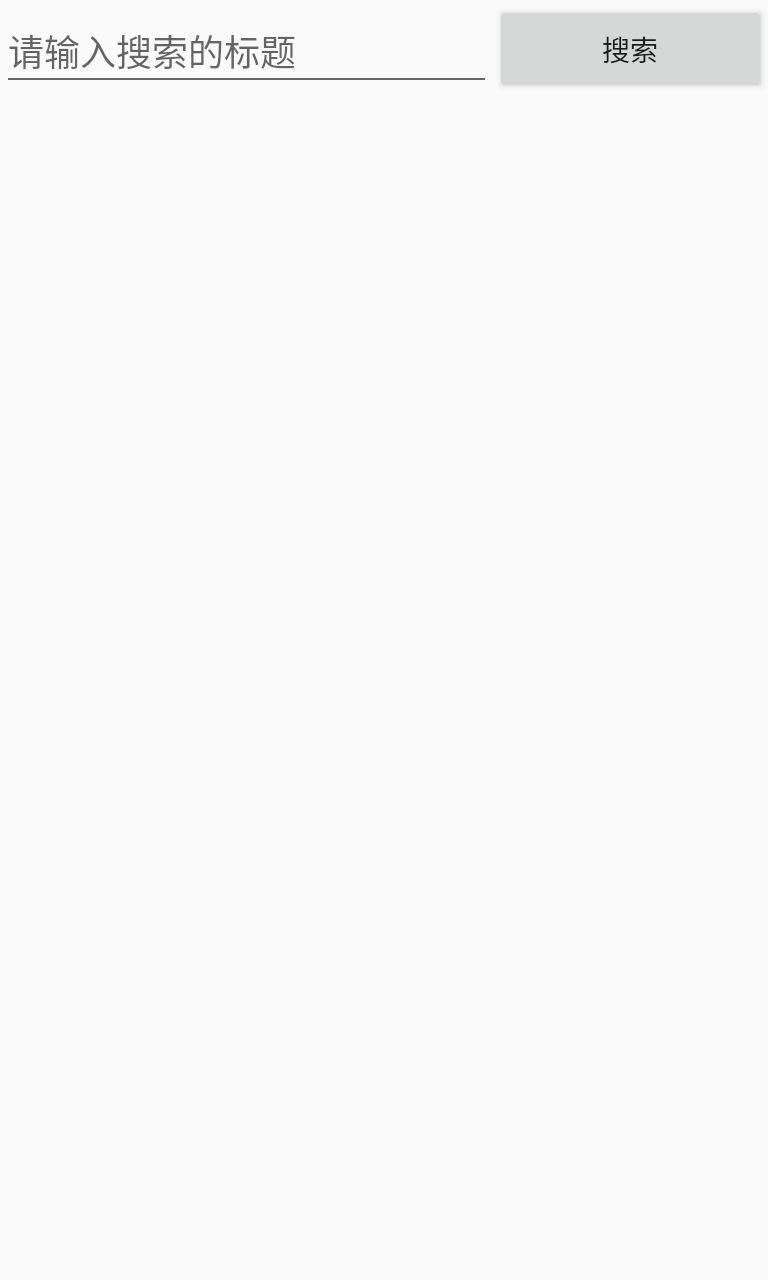
Repository: mxfpaul/Test
Layout: Note/MyNote2/res/layout/search.xml
An editor plug-in stored every save of this project. The layout is shown before and after the next save, followed by the edit.
It is drawn on a 768 x 1280 px phone screen (xhdpi) without system bars, with theme AppTheme; the app's code is not run. Lists and similar views that code fills are empty.

Above is the layout before, as saved 2014-11-23 07:29:54.

### Note/MyNote2/res/layout/search.xml
<?xml version="1.0" encoding="utf-8"?>
<LinearLayout xmlns:android="http://schemas.android.com/apk/res/android"
    android:layout_width="match_parent"
    android:layout_height="match_parent"
    android:orientation="vertical" >

    <LinearLayout
        android:layout_width="match_parent"
        android:layout_height="wrap_content"
        android:orientation="horizontal"
        >
        <EditText
            android:id="@+id/search_edittext_1"
            android:layout_width="0dp"
            android:layout_height="fill_parent"
            android:layout_weight="5"
            android:hint="@string/search_edittext_text1"
            />

        <Button
            android:id="@+id/search_button_search"
            android:layout_width="wrap_content"
            android:layout_height="wrap_content"
            android:layout_weight="1"
            android:text="@string/search_button_text1"
            />

    </LinearLayout>

    <ListView
        android:id="@+id/search_listview_1"
        android:layout_width="match_parent"
        android:layout_height="fill_parent"
        ></ListView>

</LinearLayout>

### Note/MyNote2/res/values/strings.xml
<?xml version="1.0" encoding="utf-8"?>
<resources>

    <string name="app_name">MyNote2</string>
    <string name="hello_world">Hello world!</string>
    <string name="action_settings">Settings</string>
    <string name="home_button_text1">编辑</string>
    <string name="home_button_text2">新建</string>
    <string name="home_button_text3">搜索</string><string name="home_textview_text">全部笔记</string>
    <string name="new_button_text1">返回</string>
    <string name="new_button_text2">完成</string>
    <string name="new_textview_text">新笔记</string>
    <string name="new_edittext_text1">请输入标题</string><string name="new_edittext_text2">请输入内容</string><string name="view_button_text1">返回</string>
    <string name="view_button_text2">更改</string>
    <string name="view_textview_text">笔记详情</string>
    <string name="delete_button_text1">返回</string>
    <string name="delete_button_text2">删除</string>
    <string name="delete_textview_text">笔记编辑</string>

    <string name="search_edittext_text1">请输入搜索的标题</string>
    <string name="search_button_text1">搜索</string>



</resources>

Loaded but not shown: Note/MyNote2/res/values/styles.xml (common file); Note/MyNote2/res/values-v11/styles.xml (common file); Note/MyNote2/res/values-v14/styles.xml (common file)

After the next save:
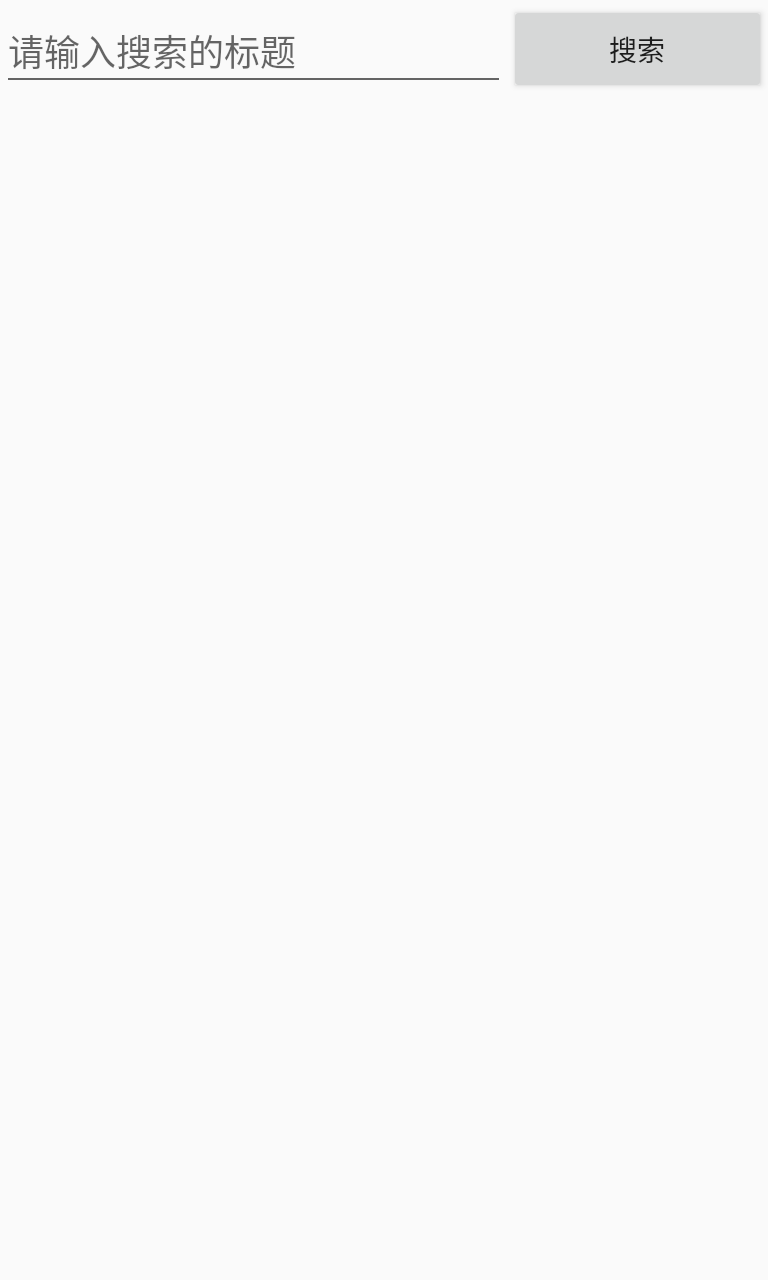
Saved 8 s later.
--- a/Note/MyNote2/res/layout/search.xml
+++ b/Note/MyNote2/res/layout/search.xml
@@ -13,7 +13,7 @@
             android:id="@+id/search_edittext_1"
             android:layout_width="0dp"
             android:layout_height="fill_parent"
-            android:layout_weight="5"
+            android:layout_weight="6"
             android:hint="@string/search_edittext_text1"
             />
 
